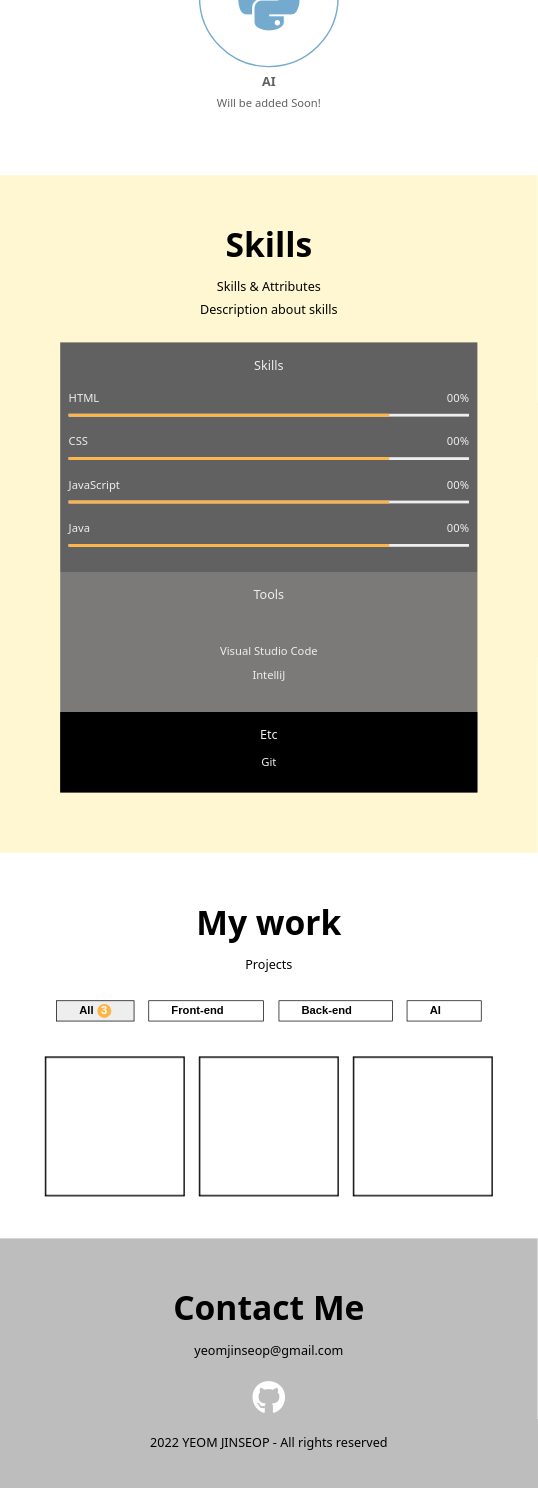
Repository: YEOMJINSEOP/yeomjinseop.github.io
Page: index.html
These files come from the project's save history. The page is drawn as it stood at one moment and after the next save; the edit follows.
The browser window is 768 px wide. The pictures show the part of the page from y = 1603 to 3843 px (the page is 3729 px tall before and 3843 px after), at 70% of full size.
Some web libraries are served in a nearby version.

Above is the page before, as saved 2022-08-18 22:26:26.

After the next save:
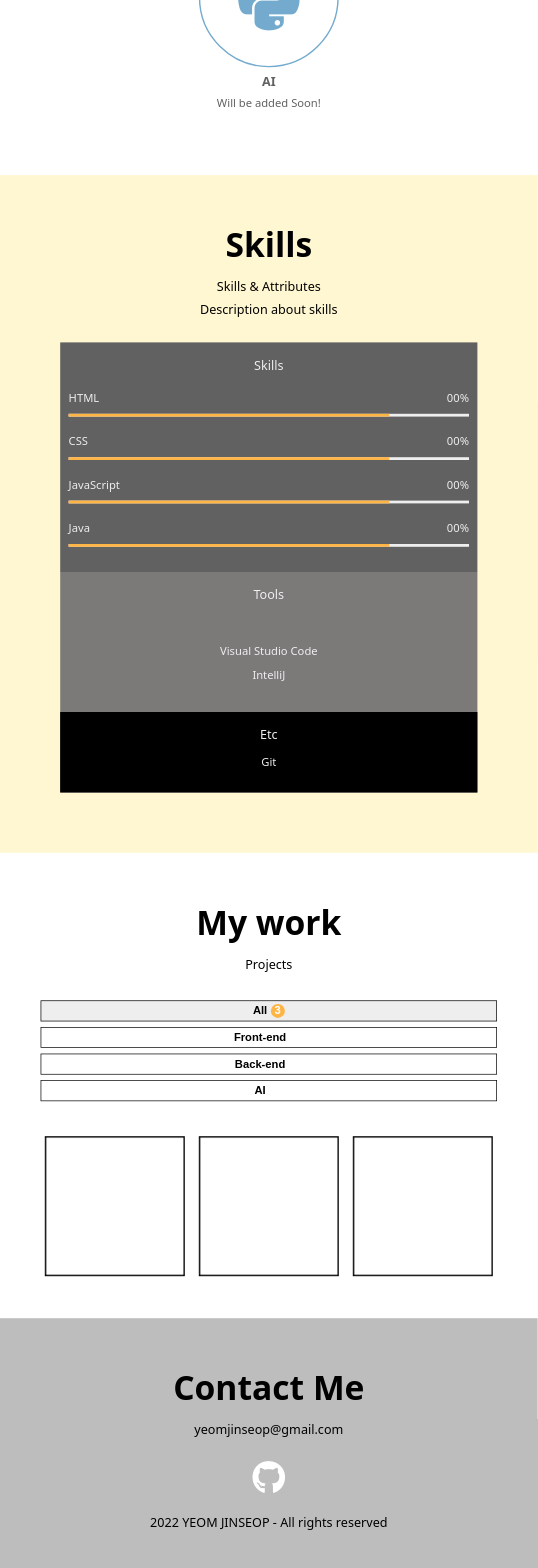
Saved 2 min 21 s later.
--- a/style.css
+++ b/style.css
@@ -545,4 +545,10 @@
     display: flex;
     flex-direction: column;
   }
-}
+
+  /* Work */
+  .work__categories{
+    display: flex;
+    flex-direction: column;
+  }
+}
